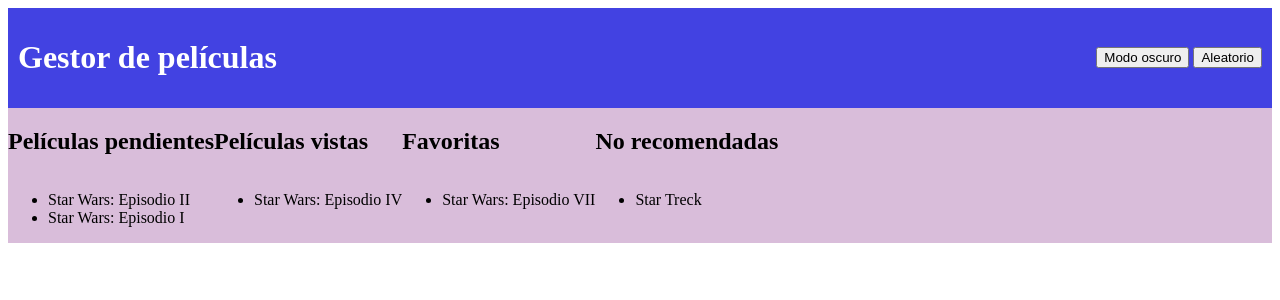
Repository: alvarobarasona/DAW_2
Page: DIW/EXAMEN_SEGUNDA_EV/public/index.html
These files come from the project's save history. The page is drawn as it stood at one moment and after the next save; the edit follows.
The browser window is 1280 px wide. The pictures show the whole page.
The style sheet was rebuilt from its Sass, Less or Tailwind sources for each picture, by a compiler version that may differ from the author's.

Above is the page before, as saved 2024-03-04 17:17:20.

### DIW/EXAMEN_SEGUNDA_EV/public/index.html
<!DOCTYPE html>
<html lang="es">
    <head>
        <meta charset="UTF-8">
        <meta name="viewport" content="width=device-width, initial-scale=1.0">
        <title>Gestor de películas</title>
        <link rel="stylesheet" href="./css/style.css">
    </head>
    <body>
        <header>
            <h1>Gestor de películas</h1>
            <div>
                <button>Modo oscuro</button>
                <button>Aleatorio</button>
            </div>
        </header>
        <main>
            <div class="movies-column">
                <div class="movies-header">
                    <h2>Películas pendientes</h2>
                </div>
                <div class="movies-container">
                    <ul>
                        <li>Star Wars: Episodio II</li>
                        <li>Star Wars: Episodio I</li>
                    </ul>
                </div>
            </div>
            <div class="movies-column">
                <div class="movies-header">
                    <h2>Películas vistas</h2>
                </div>
                <div class="movies-container">
                    <ul>
                        <li>Star Wars: Episodio IV</li>
                    </ul>
                </div>
            </div>
            <div class="movies-column">
                <div class="movies-header">
                    <h2>Favoritas</h2>
                </div>
                <div class="movies-container">
                    <ul>
                        <li>Star Wars: Episodio VII</li>
                    </ul>
                </div>
            </div>
            <div class="movies-column">
                <div class="movies-header">
                    <h2>No recomendadas</h2>
                </div>
                <div class="movies-container">
                    <ul>
                        <li>Star Treck</li>
                    </ul>
                </div>
            </div>
        </main>
    </body>
</html>

### DIW/EXAMEN_SEGUNDA_EV/public/scss/style.scss
@import "abstracts/mixins";
@import "abstracts/variables";

header {
    @include aparience(row, $header_color, $header_font_color);
    justify-content: space-between;
    align-items: center;
    padding: 10px;
}

main {
    @include aparience(row, $main_bgc, $movies_font_color);
}

.movies-column {
    @include aparience(column, $main_bgc, $movies_font_color);
}

### DIW/EXAMEN_SEGUNDA_EV/public/scss/abstracts/_mixins.scss
@mixin flex_display($display_option) {
    display: flex;
    flex-direction: $display_option;
}

@mixin aparience($display_option, $background_color, $font_color) {
    @include flex_display($display_option);
    background-color: $background_color;
    color: $font_color;
}

### DIW/EXAMEN_SEGUNDA_EV/public/scss/abstracts/_variables.scss
//Colores de la web
$header_color: rgb(66, 66, 226);
$header_font_color: white;
$buttons_bgc: rgb(139, 26, 139);
$main_bgc: rgb(217, 189, 218);
$pendient_movies: rgb(211, 46, 170);
$show_movies: rgb(248, 214, 21);
$favourites_movies: green;
$no_recomendated_movies: rgb(89, 48, 238);
$movies_font_color: black;

//Tamaño de fuentes de la web
$header_title_size: 40px;
$buttons_font_size: 8px;
$header_movie_title_size: 12px;
$movie_text_size: 10px;

After the next save:
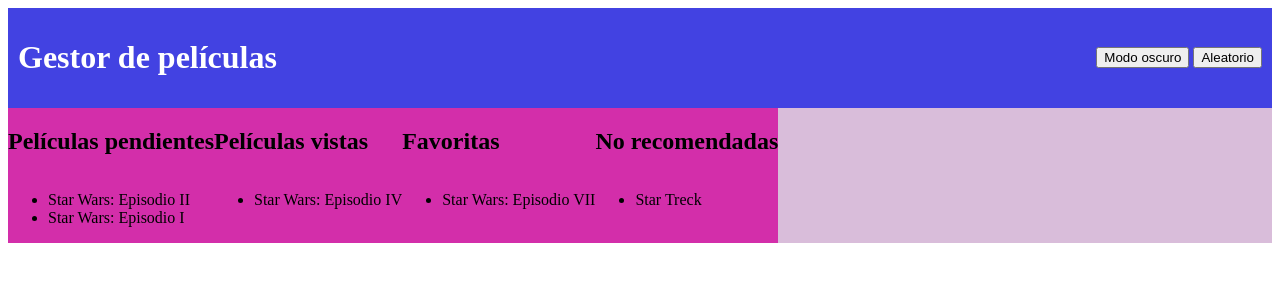
Saved 14 s later.
--- a/DIW/EXAMEN_SEGUNDA_EV/public/scss/style.scss
+++ b/DIW/EXAMEN_SEGUNDA_EV/public/scss/style.scss
@@ -13,5 +13,5 @@ main {
 }
 
 .movies-column {
-    @include aparience(column, $main_bgc, $movies_font_color);
+    @include aparience(column, $pendient_movies, $movies_font_color);
 }
